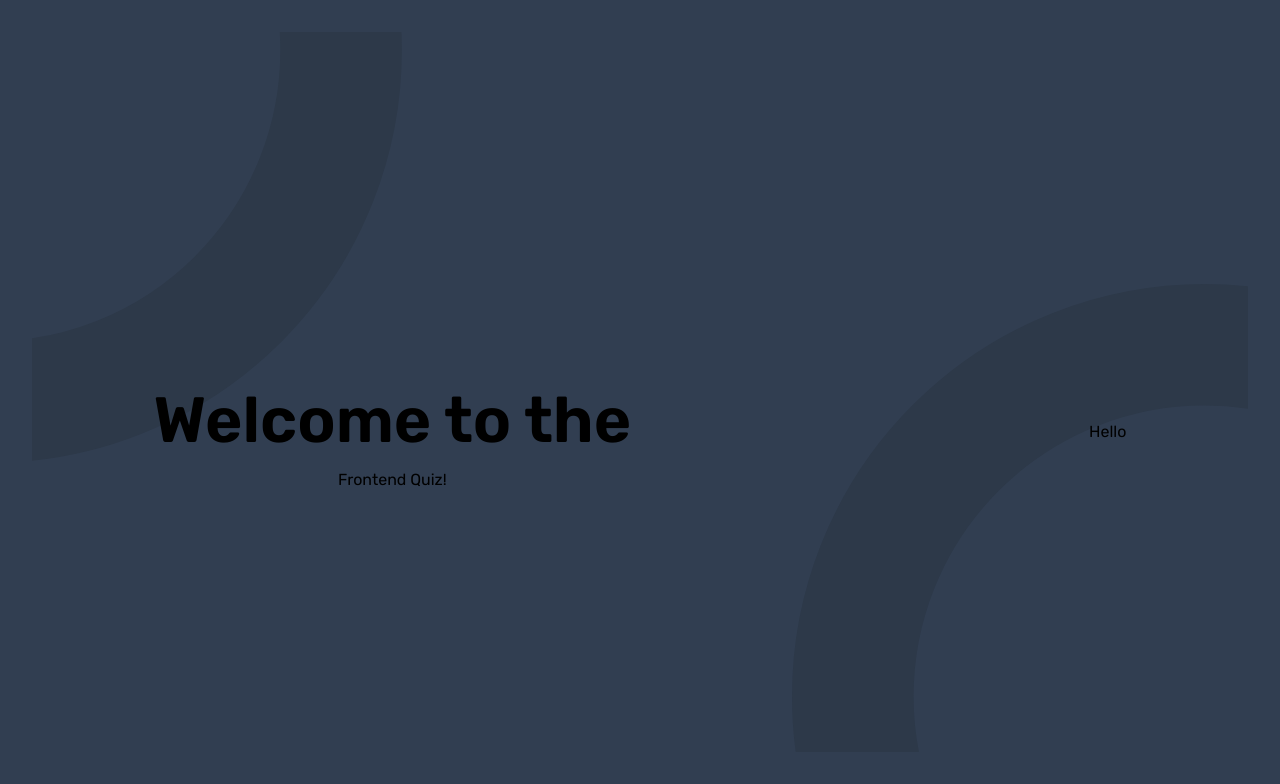
Repository: Shenixo/QuizApp
Page: /
These files come from the project's save history. The page is drawn as it stood at one moment and after a run of saves; the edit follows.
The browser window is 1280 px wide. The pictures show the whole page.
The project was rebuilt for these pictures with package versions that can differ from the ones it lists, and the page was loaded fresh each time. Also part of the build but not shown: vite.config.js, src/Components/Navbar/Navbar.jsx.

Above is the page before, as saved 2025-03-31 11:03:19.

### index.html
<!doctype html>
<html lang="en">
  <head>
    <meta charset="UTF-8" />
    <link rel="icon" type="image/svg+xml" href="/vite.svg" />
    <meta name="viewport" content="width=device-width, initial-scale=1.0" />
    <link rel="preconnect" href="https://fonts.googleapis.com">
<link rel="preconnect" href="https://fonts.gstatic.com" crossorigin>
<link href="https://fonts.googleapis.com/css2?family=Rubik:ital,wght@0,300..900;1,300..900&display=swap" rel="stylesheet">
    <title>Quiz App</title>
  </head>
  <body>
    <div id="root"></div>
    <script type="module" src="/src/main.jsx"></script>
  </body>
</html>

### src/index.css
@tailwind base;
@tailwind components;
@tailwind utilities;

*{
    padding: 0;
    margin: 0;
    box-sizing: border-box;
    font-family: "Rubik", sans-serif;
}
body{
    background: #313e51;
    /* background-image: url("pattern-background-desktop-dark.svg"); */
    background-repeat: no-repeat;
    /* background-position: center; */
    /* background-size: cover; */
}

### src/App.jsx
import './App.css'
import Home from './Components/Home/Home'
function App() {
  return (
    <div className="relative min-h-screen  bg-[url('/pattern-background-desktop-dark.svg')] bg-cover bg-center bg-no-repeat w-full">
    <Home/>
    </div>
  )
}

export default App

### src/Components/Home/Home.jsx
import React from "react";
import pattern from "/pattern-background-desktop-dark.svg";
import Navbar from "../Navbar/Navbar";
const Home = () => {
  return (
    <div className="w-[80%] mx-auto placeholder-stone-200 pt-20 flex items-center justify-center h-[100vh]">
      <div className="flex items-center justify-between w-full">
      <div>
        <h1 className="text- font-semibold text-[4rem]">Welcome to the</h1>
        <h1>Frontend Quiz!</h1>
      </div>
        <div>
          <h1>Hello</h1>
      </div>

      </div>
    </div>
  );
};

export default Home;

### tailwind.config.js
/** @type {import('tailwindcss').Config} */
export default {
  content: [
    "./index.html",
    "./src/**/*.{js,ts,jsx,tsx}",
  ],
  theme: {
    extend: {
      colors: {
        primary: "#313e51",
      }
    },
  },
  plugins: [],
}

Loaded but not shown: src/main.jsx (common file); src/App.css (common file)

After the next 2 saves:
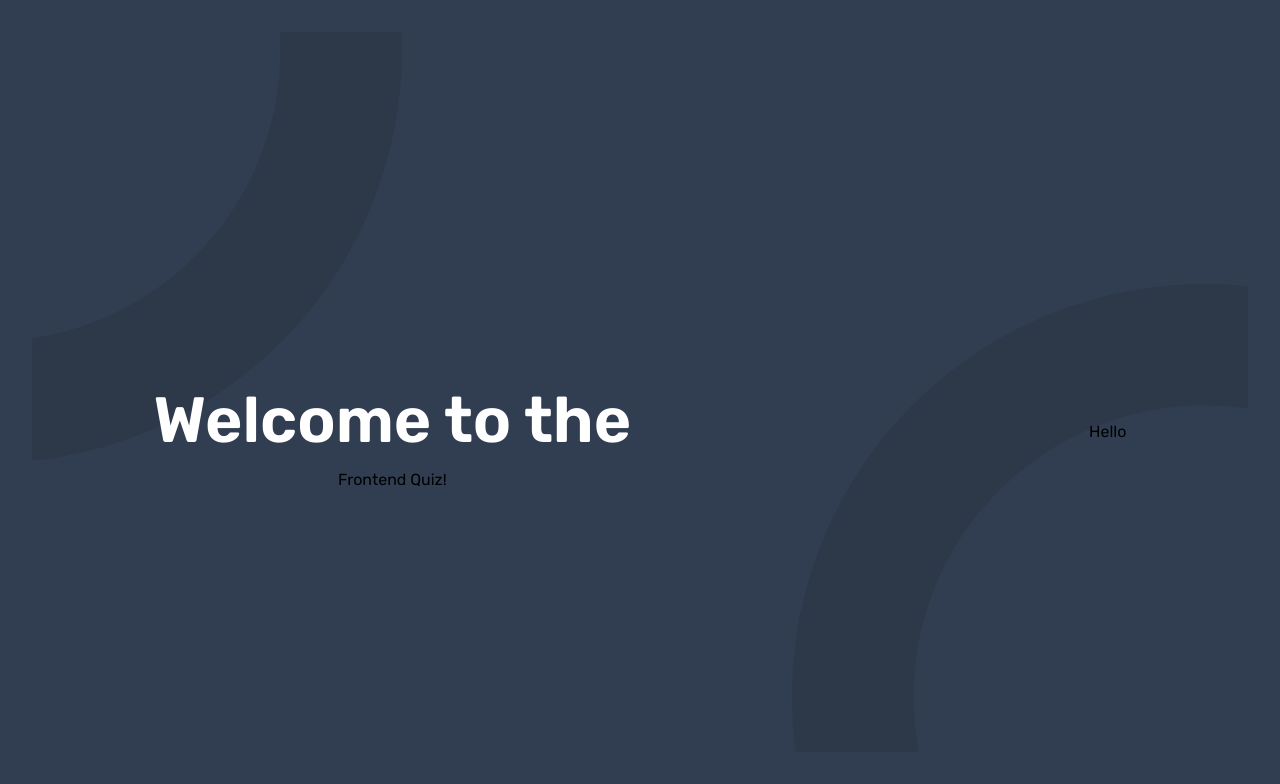
The 2 saves are shown as one change because they came seconds apart.
The last was saved 7 s later.
--- a/src/Components/Home/Home.jsx
+++ b/src/Components/Home/Home.jsx
@@ -6,7 +6,7 @@ const Home = () => {
     <div className="w-[80%] mx-auto placeholder-stone-200 pt-20 flex items-center justify-center h-[100vh]">
       <div className="flex items-center justify-between w-full">
       <div>
-        <h1 className="text- font-semibold text-[4rem]">Welcome to the</h1>
+        <h1 className="text-white font-semibold text-[4rem]">Welcome to the</h1>
         <h1>Frontend Quiz!</h1>
       </div>
         <div>
